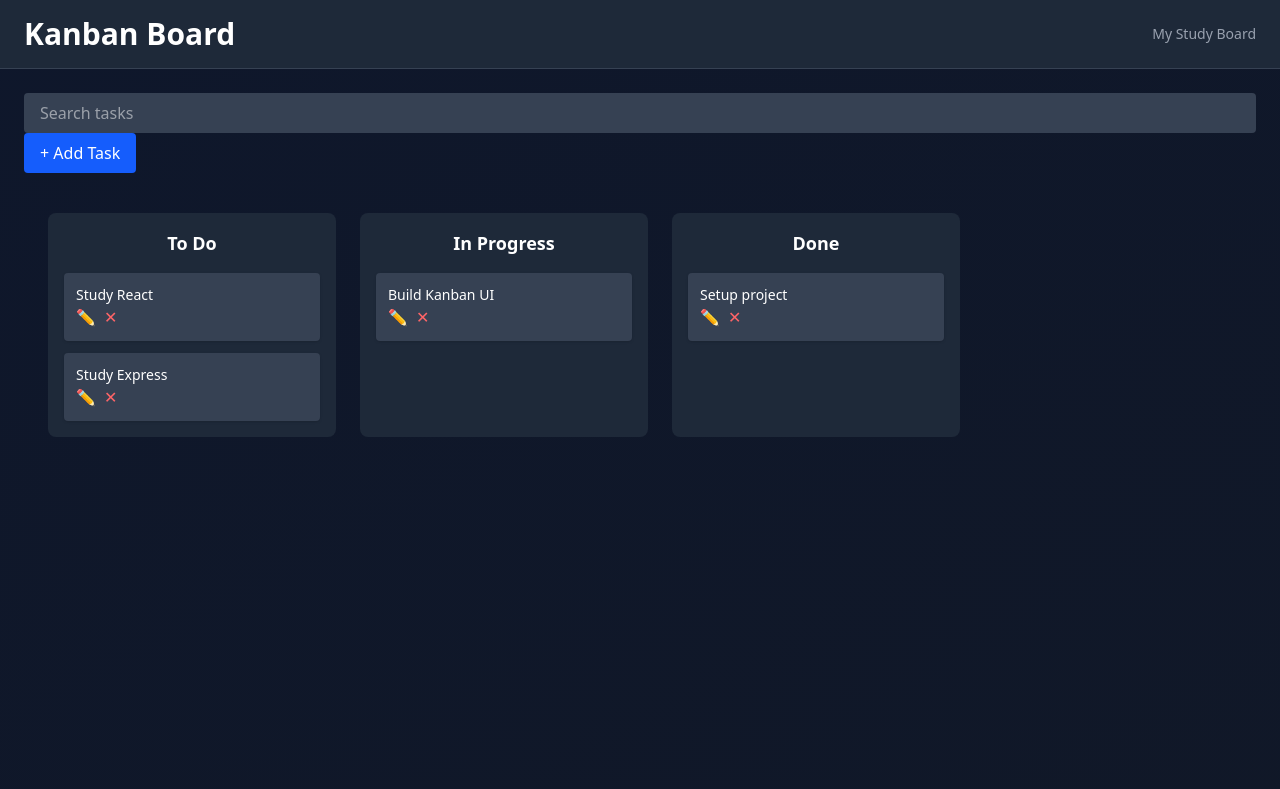
Repository: Reno-mathews/Kanban-Board-MERN
Page: / (app in frontend/)
These files come from the project's save history. The page is drawn as it stood at one moment and after the next save; the edit follows.
The browser window is 1280 px wide. The pictures show the whole page.
The project was rebuilt for these pictures with package versions that can differ from the ones it lists, and the page was loaded fresh each time. Also part of the build but not shown: frontend/vite.config.js.

Above is the page before, as saved 2026-01-23 14:10:56.

### frontend/src/App.jsx
import { useState } from 'react'
import Board from "./components/Board";
import Header from "./components/Header";

function App() {
  const [count, setCount] = useState(0)

  return (
      <div className="nin-h-screen bg-gray-900 text-white">
        <Header />
        <Board />
      </div>
  );
}

export default App;

### frontend/src/components/Board.jsx
import { useState } from "react";
import Column from "./Column";
import SearchBar from "./SearchBar";
import { DndContext, closestCenter } from "@dnd-kit/core";

function Board() {
  const [isModalOpen, setIsModalOpen] = useState(false);
  const [newTaskTitle, setNewTaskTitle] = useState("");
  const [selectedColumnId, setSelectedColumnId] = useState(1);
  const [searchQuery, setSearchQuery] = useState("");
  const [isEditModalOpen, setIsEditModalOpen] = useState(false);
  const [taskBeingEdited, setTaskBeingEdited] = useState(null);
  const [editedTitle, setEditedTitle] = useState("");

  const [columns, setColumns] = useState([
    {
      id: 1,
      title: "To Do",
      tasks: [
        { id: 1, title: "Study React" },
        { id: 2, title: "Study Express" },
      ],
    },
    {
      id: 2,
      title: "In Progress",
      tasks: [{ id: 3, title: "Build Kanban UI" }],
    },
    {
      id: 3,
      title: "Done",
      tasks: [{ id: 4, title: "Setup project" }],
    },
  ]);

  // Add task
  const handleAddTask = () => {
    if (!newTaskTitle.trim()) return;

    const newTask = {
      id: Date.now(),
      title: newTaskTitle,
    };

    const updatedColumns = columns.map((column) => {
      if (column.id === selectedColumnId) {
        return {
          ...column,
          tasks: [...column.tasks, newTask],
        };
      }
      return column;
    });

    setColumns(updatedColumns);
    setNewTaskTitle("");
    setSelectedColumnId(1);
    setIsModalOpen(false);
  };

  // Drag logic
  const handleDragEnd = (event) => {
    const { active, over } = event;
    if (!over) return;

    const activeId = active.id;
    const overId = over.id;
    if (activeId === overId) return;

    let movedTask = null;
    let sourceColumnId = null;
    let destinationColumnId = null;

    // Remove from source column
    const tempColumns = columns.map((column) => {
      const taskIndex = column.tasks.findIndex(
        (task) => task.id === activeId
      );

      if (taskIndex !== -1) {
        movedTask = column.tasks[taskIndex];
        sourceColumnId = column.id;
        return {
          ...column,
          tasks: column.tasks.filter((task) => task.id !== activeId),
        };
      }
      return column;
    });

    // Find destination column
    tempColumns.forEach((column) => {
      if (column.tasks.some((task) => task.id === overId)) {
        destinationColumnId = column.id;
      }
    });

    const targetColumnId = destinationColumnId || sourceColumnId;

    const finalColumns = tempColumns.map((column) => {
      if (column.id === targetColumnId) {
        return {
          ...column,
          tasks: [...column.tasks, movedTask],
        };
      }
      return column;
    });

    setColumns(finalColumns);
  };

  const handleDeleteTask = (taskid) => {
    const updatedColumns = columns.map((column) => ({
        ...column,
        tasks: column.tasks.filter((task) => task.id !== taskid),
    }));

    setColumns(updatedColumns);
  };

  const handleEditClick = (task) => {
    setTaskBeingEdited(task);
    setEditedTitle(task.title);
    setIsEditModalOpen(true);
  };

  const handleSaveEdit = () => {
    if (!editedTitle.trim()) return;

    const updatedColumns = columns.map((column) => ({
      ...column,
      tasks: column.tasks.map((task) =>
      task.id === taskBeingEdited.id
    ? { ...task, title: editedTitle }
  : task
),
    }));

    setColumns(updatedColumns);
    setIsEditModalOpen(false);
    setTaskBeingEdited(null);
    setEditedTitle("");
  };

  return (
    <div className="p-6 min-h-screen bg-gradient-to-br from-slate-900 to-gray-900 text-white">
      <SearchBar
        searchQuery={searchQuery}
        setSearchQuery={setSearchQuery}
      />

      <button
        onClick={() => setIsModalOpen(true)}
        className="bg-blue-600 hover:bg-blue-700 px-4 py-2 rounded mb-4"
      >
        + Add Task
      </button>

      {isModalOpen && (
        <div className="fixed inset-0 bg-black bg-opacity-50 flex items-center justify-center z-50">
          <div className="bg-gray-800 p-6 rounded-lg w-80">
            <h2 className="text-lg font-semibold mb-4">Add New Task</h2>

            <input
              type="text"
              placeholder="Task title..."
              value={newTaskTitle}
              onChange={(e) => setNewTaskTitle(e.target.value)}
              className="w-full p-2 rounded bg-gray-700 mb-4"
            />

            <select
              value={selectedColumnId}
              onChange={(e) =>
                setSelectedColumnId(Number(e.target.value))
              }
              className="w-full p-2 rounded bg-gray-700 mb-4"
            >
              {columns.map((column) => (
                <option key={column.id} value={column.id}>
                  {column.title}
                </option>
              ))}
            </select>

            <div className="flex justify-end gap-2">
              <button
                onClick={() => setIsModalOpen(false)}
                className="px-3 py-1 bg-gray-600 rounded"
              >
                Cancel
              </button>

              <button
                onClick={handleAddTask}
                className="px-3 py-1 bg-blue-600 rounded"
              >
                Add
              </button>
            </div>
          </div>
        </div>
      )}

      {isEditModalOpen && (
        <div className="fixed inset-0 bg-black bg-opacity-50 flex items-center justify-center z-50">
          <div className="bg-gray-800 p-6 rounded-lg w-80">
            <h2 className="text-lg font-semibold mb-4">Edit Task</h2>

            <input
              type="text"
              value={editedTitle}
              onChange={(e) => setEditedTitle(e.target.value)}
              className="w-full p-2 rounded bg-gray-700 mb-4"
            />

            <div className="flex justify-end gap-2">
              <button
                onClick={() => setIsEditModalOpen(false)}
                className="px-3 py-1 bg-gray-600 rounded"
              >
                Cancel
              </button>

              <button
                onClick={handleSaveEdit}
                className="px-3 py-1 bg-blue-600 rounded"
              >
                Save
              </button>
              </div>
          </div>
        </div>
      )}

      <DndContext
        collisionDetection={closestCenter}
        onDragEnd={handleDragEnd}
      >
        <div className="flex gap-6 p-6 overflow-x-auto">
          {columns.map((column) => {
            const filteredTasks = column.tasks.filter((task) =>
              task.title
                .toLowerCase()
                .includes(searchQuery.toLowerCase())
            );

            return (
              <Column
                key={column.id}
                column={{ ...column, tasks: filteredTasks }}
                onDeleteTask={handleDeleteTask}
                onEditTask={handleEditClick}
              />
            );
          })}
        </div>
      </DndContext>
    </div>
  );
}

export default Board;

### frontend/src/components/Header.jsx
function Header() {
    return (
        <div className="flex items-center justify-between px-6 py-4 bg-gray-800 border-b border-gray-700">
        <h1 className="text-3xl font-bold text-center">
            Kanban Board
        </h1>
        <p className="text-sm text-gray-400">My Study Board</p>
        </div>
    );

}
export default Header;

### frontend/src/components/Column.jsx
import { SortableContext, verticalListSortingStrategy} from "@dnd-kit/sortable";
import TaskCard from "./TaskCard";

function Column({ column, onDeleteTask, onEditTask }) {
    return(
        <div className="bg-gray-800 rounded-lg p-4 w-72 flex-shrink-0">
            <h2 className="text-lg font-semibold mb-4 text-center">
                {column.title}
            </h2>

            <SortableContext
                items={column.tasks.map((task) => task.id)}
                strategy={verticalListSortingStrategy}
            >
                <div className="space-y-3">
                    {column.tasks.map((task) => (
                        <TaskCard
                            key={task.id}
                            task={task}
                            onDelete={onDeleteTask}
                            onEdit={onEditTask}
                        />
                    ))}
                </div>
            </SortableContext>
            </div>
    );
}

export default Column;

### frontend/src/components/SearchBar.jsx
function SearchBar({ searchQuery, setSearchQuery }) {
    return (
        <input
            type="text"
            placeholder="Search tasks"
            value={searchQuery}
            onChange={(e) => setSearchQuery(e.target.value)}
            className="w-full px-4 py-2 rounded bg-gray-700 focus:outline-none focus:ring-2 focus:ring-blue-500"
            />
    );
}

export default SearchBar;

### frontend/src/components/TaskCard.jsx
import { useSortable } from "@dnd-kit/sortable";
import { CSS } from "@dnd-kit/utilities";

function TaskCard({ task, onDelete, onEdit }) {

    const {
        attributes,
        listeners,
        setNodeRef,
        transform,
        transition,
    } = useSortable({ id: task.id });

    const style = {
        transform: CSS.Transform.toString(transform),
        transition,
    };

    return (
        <div
        ref={setNodeRef}
        style={style}
        {...attributes}
        {...listeners}
        className="bg-gray-700 p-3 rounded shadow hover:bg-gray-600 cursor-pointer transition"
        >
        <p className="text-sm">{task.title}</p>

        <div className="flex gap-2">
        <button
            onClick={(e) =>{
            e.stopPropagation();
            onEdit(task.id)}
            }
            className="text-red-400 hover:text-red-600"
        >
         ✏️
        </button>

        <button
            onClick={(e) => {
                e.stopPropagation();
                onDelete(task.id);
            }}
            className="text-red-400 hover:text-red-600"
        >
            ✕
        </button>
        </div>
    </div>
    );
}

export default TaskCard;

Loaded but not shown: frontend/index.html (common file); frontend/src/main.jsx (common file); frontend/src/index.css (common file)

After the next save:
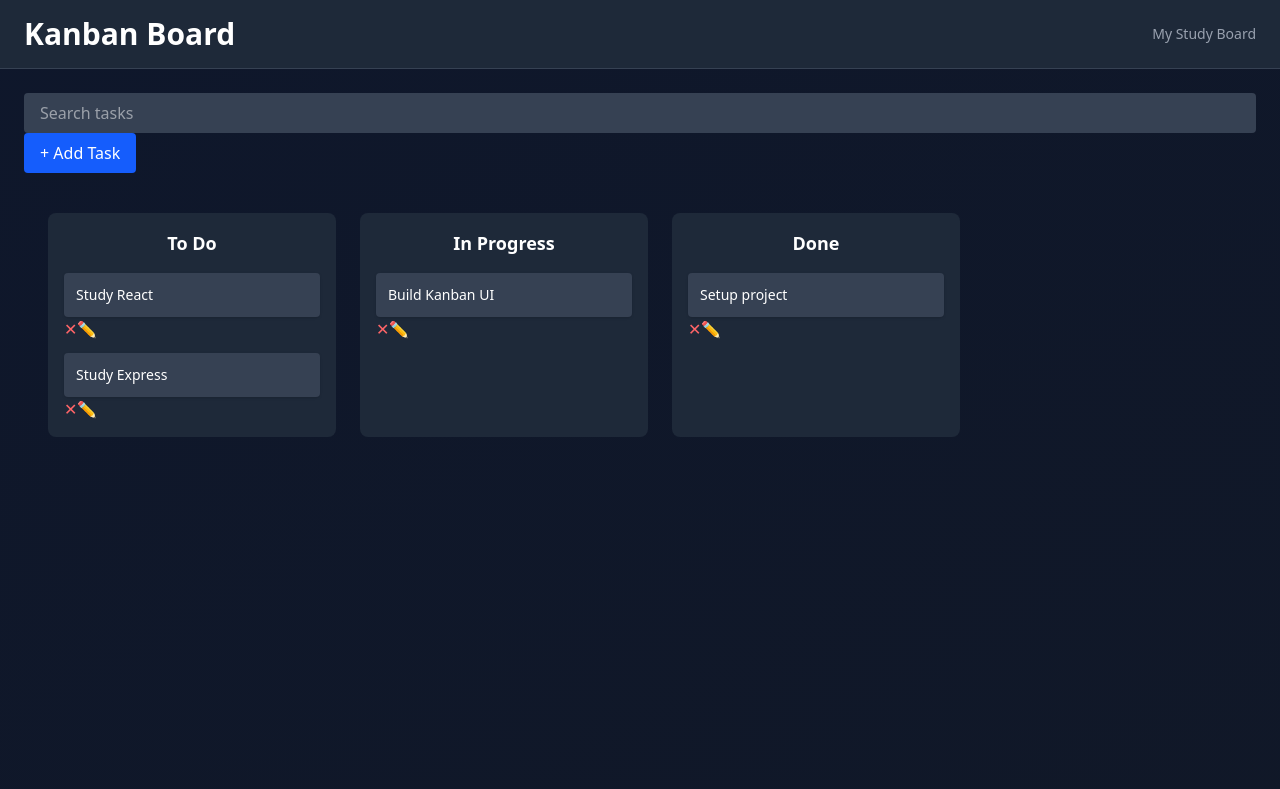
Saved 2 h 2 min later.
--- a/frontend/src/components/TaskCard.jsx
+++ b/frontend/src/components/TaskCard.jsx
@@ -17,6 +17,7 @@ function TaskCard({ task, onDelete, onEdit }) {
     };
 
     return (
+        <div>
         <div
         ref={setNodeRef}
         style={style}
@@ -26,7 +27,18 @@ function TaskCard({ task, onDelete, onEdit }) {
         >
         <p className="text-sm">{task.title}</p>
 
-        <div className="flex gap-2">
+</div>
+        <button
+            onClick={(e) => {
+                e.stopPropagation();
+                onDelete(task.id);
+            }}
+            className="text-red-400 hover:text-red-600"
+        >
+            ✕
+        </button>
+
+
         <button
             onClick={(e) =>{
             e.stopPropagation();
@@ -36,18 +48,7 @@ function TaskCard({ task, onDelete, onEdit }) {
         >
          ✏️
         </button>
-
-        <button
-            onClick={(e) => {
-                e.stopPropagation();
-                onDelete(task.id);
-            }}
-            className="text-red-400 hover:text-red-600"
-        >
-            ✕
-        </button>
-        </div>
-    </div>
+</div>
     );
 }
 
